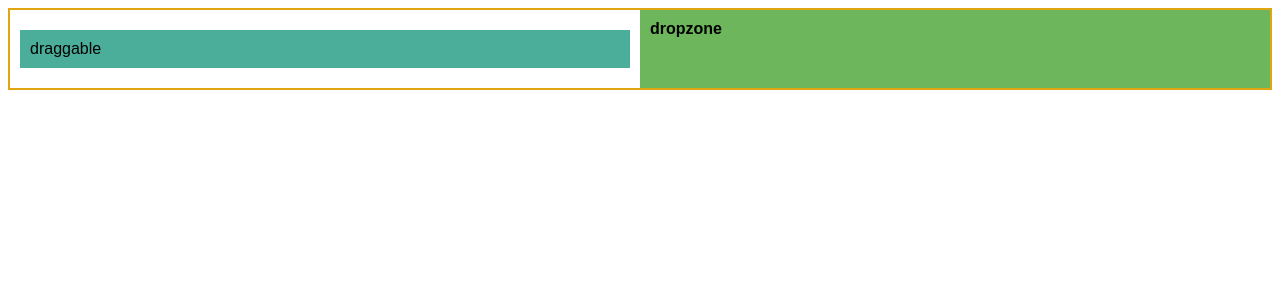
Repository: siaxiong/siaxiong.github.io
Page: doc/async-drag-drop.html
An editor plug-in stored every save of this project. The page is shown before and after the next save, followed by the edit.
The browser window is 1280 px wide. The pictures show the whole page.

Above is the page before, as saved 2021-03-08 20:50:45.

### doc/async-drag-drop.html
<!DOCTYPE html>
<html lang="en">
<head>
    <meta charset="UTF-8">
    <meta http-equiv="X-UA-Compatible" content="IE=edge">
    <meta name="viewport" content="width=, initial-scale=1.0">
    <link rel="stylesheet" href="drag-drop-style.css">
    <title>Drag and Drop</title>
</head>
<body>

    <div class="example-parent">
        <div class="example-origin">
            <div id="draggable-1" class="example-draggable" draggable="true" ondragstart="onDragStart(event)">draggable</div>
        </div>
        <div class="example-dropzone" ondragover="onDragOver(event)" ondrop="onDrop(event)">dropzone</div>
    </div>

    <script>
        //this event handler will be attached to the draggable element
        //and fire when a dragstart event occurs
        function onDragStart(event){
            event
                .dataTransfer
                .setData('text/plain', event.target.id);

            event
                .currentTarget
                .style
                .backgroundColor = 'yellow';
        }

        function onDragOver(event){
            event.preventDefault();
        }

        function onDrop(event){
            const id = event
                .dataTransfer
                .getData('text');

            const draggableElement = document.getElementById(id);
            const dropzone = event.target;
            dropzone.appendChild(draggableElement);

            event
                .dataTransfer
                .clearData();
        }


    </script>


</body>
</html>

### doc/drag-drop-style.css
.example-parent {
    border: 2px solid #DFA612;
    color: black;
    display: flex;
    font-family: sans-serif;
    font-weight: bold;
  }

  .example-origin {
    flex-basis: 100%;
    flex-grow: 1;
    padding: 10px;
  }

  .example-draggable {
    background-color: #4AAE9B;
    font-weight: normal;
    margin-bottom: 10px;
    margin-top: 10px;
    padding: 10px;
  }

  .example-dropzone {
    background-color: #6DB65B;
    flex-basis: 100%;
    flex-grow: 1;
    padding: 10px;
  }

After the next save:
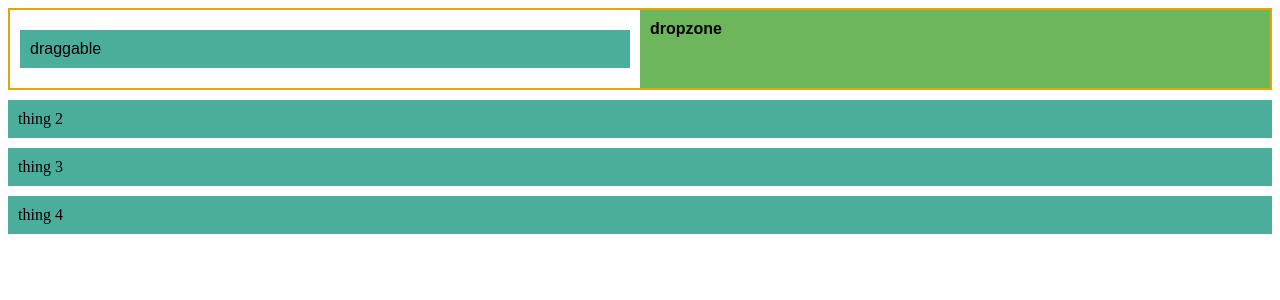
Saved 61 s later.
--- a/doc/async-drag-drop.html
+++ b/doc/async-drag-drop.html
@@ -14,6 +14,31 @@
             <div id="draggable-1" class="example-draggable" draggable="true" ondragstart="onDragStart(event)">draggable</div>
         </div>
         <div class="example-dropzone" ondragover="onDragOver(event)" ondrop="onDrop(event)">dropzone</div>
+    </div>
+
+    <div
+      id="draggable-2"
+      class="example-draggable"
+      draggable="true"
+      ondragstart="onDragStart(event);"
+    >
+      thing 2
+    </div>
+    <div
+      id="draggable-3"
+      class="example-draggable"
+      draggable="true"
+      ondragstart="onDragStart(event);"
+    >
+      thing 3
+    </div>
+    <div
+      id="draggable-4"
+      class="example-draggable"
+      draggable="true"
+      ondragstart="onDragStart(event);"
+    >
+      thing 4
     </div>
 
     <script>
